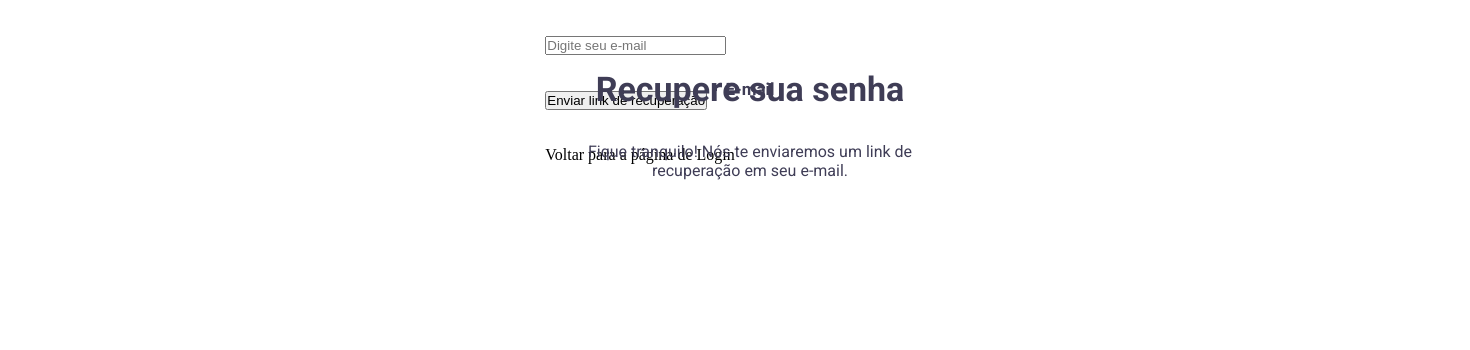
Repository: RenatoCCS/formularios
Page: senha.html
An editor plug-in stored every save of this project. The page is shown before and after the next save, followed by the edit.
The browser window is 1280 px wide. The page is 1280 px wide, then 1470 px, then 1280 px, so the pictures cover 1470 px, including what lies to the right of the window. The pictures show the whole page.

Above is the page before, as saved 2023-03-27 21:11:17.

After the next save:
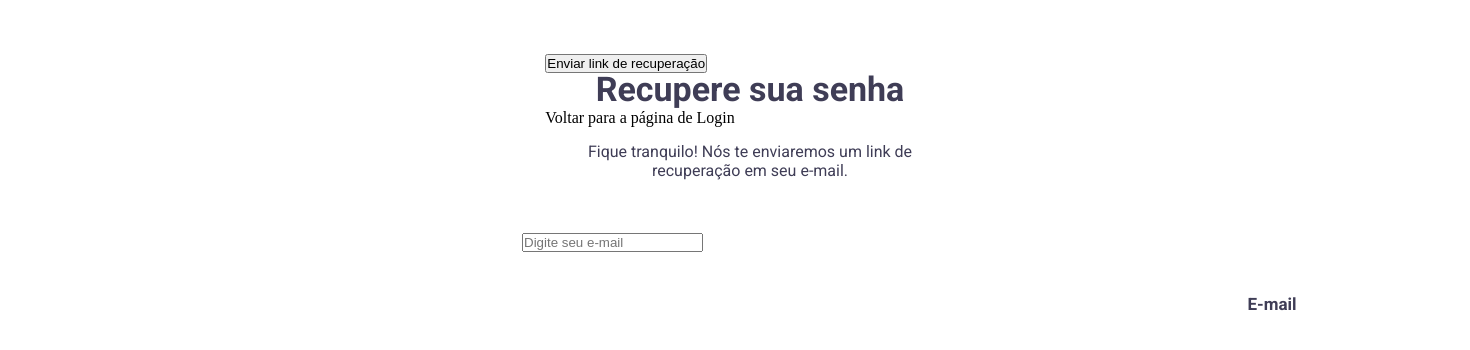
Saved 6 s later.
--- a/style.css
+++ b/style.css
@@ -794,7 +794,7 @@
   text-align: center;
 }
 
-.botao__Login {
+.form__Senha {
   position: absolute;
   width: 396px;
   height: 69px;

After the save that followed:
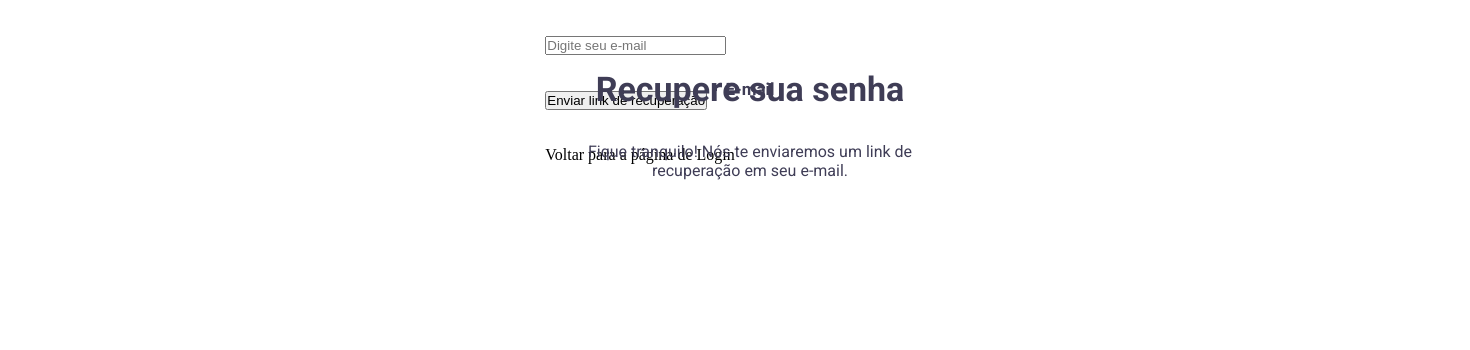
Saved 16 s later.
--- a/senha.html
+++ b/senha.html
@@ -21,7 +21,7 @@
       </div>
       <br />
 
-      <div class="form__Senha">
+      <div class="form__Senha__Email">
         <label class="form__Senha__Titulo" for="email">E-mail</label>
         <br />
         <input
